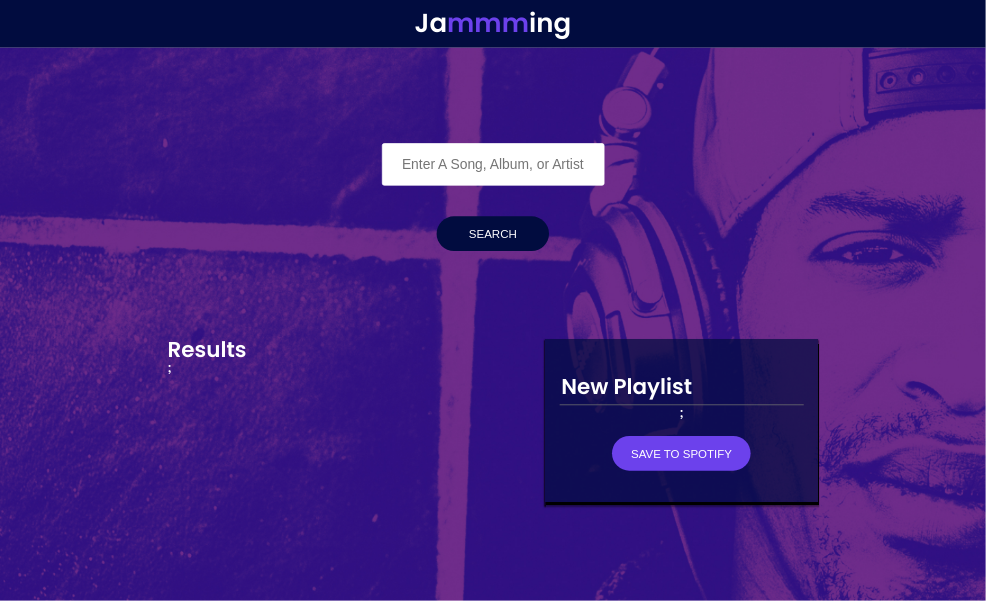
Repository: Haviles04/jammming
Page: /
The author's editor kept a copy of each file at every save. The page is drawn from the files as they stood at one save, then again after the next save.
The browser window is 1280 px wide. The pictures show the whole page, at 77% of full size.
The project was rebuilt for these pictures with package versions that can differ from the ones it lists, and the page was loaded fresh each time. Also part of the build but not shown: src/components/Track/Track.jsx.

Above is the page before, as saved 2022-10-26 10:10:23.

### public/index.html
<!DOCTYPE html>
<html lang="en">
  <head>
    <meta charset="utf-8" />

    <meta name="viewport" content="width=device-width, initial-scale=1" />
    <meta name="theme-color" content="#000000" />
    <meta
      name="Jammming"
      content="A Codecademy Project built using the spotify APO"
    />
    <link rel="stylesheet" href="./reset.css" />
    <link rel="preconnect" href="https://fonts.googleapis.com" />
    <link rel="preconnect" href="https://fonts.gstatic.com" crossorigin />
    <link
      href="https://fonts.googleapis.com/css2?family=Poppins:wght@600&family=Work+Sans:wght@300;500&display=swap"
      rel="stylesheet"
    />
    <link rel="apple-touch-icon" href="%PUBLIC_URL%/logo192.png" />
    <!--
      manifest.json provides metadata used when your web app is installed on a
      user's mobile device or desktop. See https://developers.google.com/web/fundamentals/web-app-manifest/
    -->
    <link rel="manifest" href="%PUBLIC_URL%/manifest.json" />
    <!--
      Notice the use of %PUBLIC_URL% in the tags above.
      It will be replaced with the URL of the `public` folder during the build.
      Only files inside the `public` folder can be referenced from the HTML.

      Unlike "/favicon.ico" or "favicon.ico", "%PUBLIC_URL%/favicon.ico" will
      work correctly both with client-side routing and a non-root public URL.
      Learn how to configure a non-root public URL by running `npm run build`.
    -->
    <title>Jammming</title>
  </head>
  <body>
    <noscript>You need to enable JavaScript to run this app.</noscript>
    <div id="root"></div>
    <!--
      This HTML file is a template.
      If you open it directly in the browser, you will see an empty page.

      You can add webfonts, meta tags, or analytics to this file.
      The build step will place the bundled scripts into the <body> tag.

      To begin the development, run `npm start` or `yarn start`.
      To create a production bundle, use `npm run build` or `yarn build`.
    -->
  </body>
</html>

### src/components/App/App.jsx
import React, { useState } from "react";
import "./App.css";
import SearchBar from "../SearchBar/SearchBar";
import SearchResult from "../SearchResults/SearchResults";
import Playlist from "../Playlist/Playlist";

function App() {
  const [searchResults, setSearchResults] = useState([
    { name: "name1", artist: "artist1", album: "album1", id: 1 },
    { name: "name2", artist: "artist2", album: "album2", id: 2 },
    { name: "name3", artist: "artist3", album: "album3", id: 3 },]);


  return (
    <div>
      <h1>
        Ja<span className="highlight">mmm</span>ing
      </h1>
      <div className="App">
        <SearchBar setSearchResults={setSearchResults} />
        <div className="App-playlist">
          <SearchResult searchResults={searchResults} />
          <Playlist />
        </div>
      </div>
    </div>
  );
}

export default App;

### src/components/App/App.css
body,
html,
#root {
  height: 100%;
}

html {
  font-size: 18px;
}

h1 {
  padding: .77rem 0;
  background-color: #010c3f;
  text-align: center;
  font-family: 'Poppins', sans-serif;
  font-size: 1.88rem;
  color: #fff;
}

h1 .highlight {
  color: #6c41ec;
}

h2 {
  font-family: 'Poppins', sans-serif;
  font-size: 1.55rem;
}

.App {
  height: 100%;
  padding: 0 17% 10% 17%;
  background-image: url('./background_photo_desktop.jpg');
  background-size: cover;
  background-position: center;
  background-repeat: no-repeat;
  font-family: 'Work Sans', sans-serif;
  font-weight: 500;
  color: #fff;
}

.App-playlist {
  display: flex;
  justify-content: space-between;
  width: 100%;
}

@media only screen and (max-width: 1020px) {
  .App-playlist {
    align-items: center;
    flex-direction: column;
  }
}

### src/components/SearchBar/SearchBar.jsx
import React from "react";
import './SearchBar.css'
function SearchBar() {
  return (
    <div className="SearchBar">
      <input placeholder="Enter A Song, Album, or Artist" />
      <button className="SearchButton">SEARCH</button>
    </div>
  );
}

export default SearchBar;

### src/components/SearchResults/SearchResults.jsx
import React from "react";
import TrackList from "../TrackList/TrackList";

function SearchResults({searchResults}) {
  return (
    <div className="SearchResults">
      <h2>Results</h2>
      <TrackList searchResults={searchResults}/>
    </div>
  );
}

export default SearchResults;

### src/components/Playlist/Playlist.jsx
import React from "react";
import './Playlist.css'
import TrackList from "../TrackList/TrackList";
function Playlist() {
  return (
    <div className="Playlist">
      <input value="New Playlist" />
      <TrackList />
      <button className="Playlist-save">SAVE TO SPOTIFY</button>
    </div>
  );
}

export default Playlist;

### src/components/SearchBar/SearchBar.css
.SearchBar {
    display: flex;
    flex-direction: column;
    align-items: center;
    padding-top: 6.94rem;
    margin-bottom: 6.33rem;
  }

  .SearchBar input {
    width: 287px;
    padding: .88rem 0;
    border: 1px solid #fff;
    border-radius: 3px;
    margin-bottom: 2.22rem;
    color: #010c3f;
    text-align: center;
    font-size: 1rem;
  }

  .SearchBar input:focus {
    outline: none;
  }

  .SearchButton {
    cursor: pointer;
    width: 8.11rem;
    padding: .77rem 0;
    border-radius: 54px;
    background-color: #010c3f;
    text-align: center;
    font-size: .833rem;
    transition: background-color .25s;
    border: 0px;
    color: #fff;
    font-weight: 500;
  }

  .SearchButton:hover {
    background-color: rgba(108, 65, 233, .7);
  }

### src/components/TrackList/TrackList.jsx
import React from "react";
import Track from "../Track/Track";
function TrackList({ searchResults }) {
  return (
    <div className="TrackList">
      {() => { if(searchResults){

      searchResults.map((track) => {
        return <Track track={track} key={track.id} />
      }
      )

      }}};


    </div>
  );
}

export default TrackList;

### src/components/Playlist/Playlist.css
.Playlist {
    display: flex;
    flex-direction: column;
    align-items: center;
    overflow-y: scroll;
    width: 37%;
    max-height: 950px;
    padding: 2.27rem 1.16rem;
    background-color: rgba(1, 12, 63, 0.7);
    box-shadow: 0 4px 2px 2px #000000;
  }

  .Playlist input {
    width: 100%;
    border: 0;
    outline: 0;
    background: transparent;
    border-bottom: 1px solid #6f6f6f;
    font-family: 'Poppins', sans-serif;
    font-size: 1.55rem;
    color: #fff;
  }

  .Playlist-save {
    cursor: pointer;
    width: 10rem;
    padding: .77rem 0;
    border-radius: 54px;
    border-width: 0px;
    margin-top: 1.27rem;
    background-color: #6c41ec;
    text-align: center;
    font-size: .83rem;
    transition: background-color .25s;
    color: #fff;
    font-weight: 500;
  }

  .Playlist-save:hover {
    background-color: rgba(108, 65, 233, .7);
  }

  ::-webkit-scrollbar {
      width: 0px;
      background: transparent;
  }

  @media only screen and (max-width: 1020px) {
    .Playlist {
      width: 90%;
    }
  }

Loaded but not shown: src/index.js (common file); src/index.css (common file); src/reportWebVitals.js (common file); public/reset.css (common file); src/components/SearchResults/SearchResults.css (common file)

After the next save:
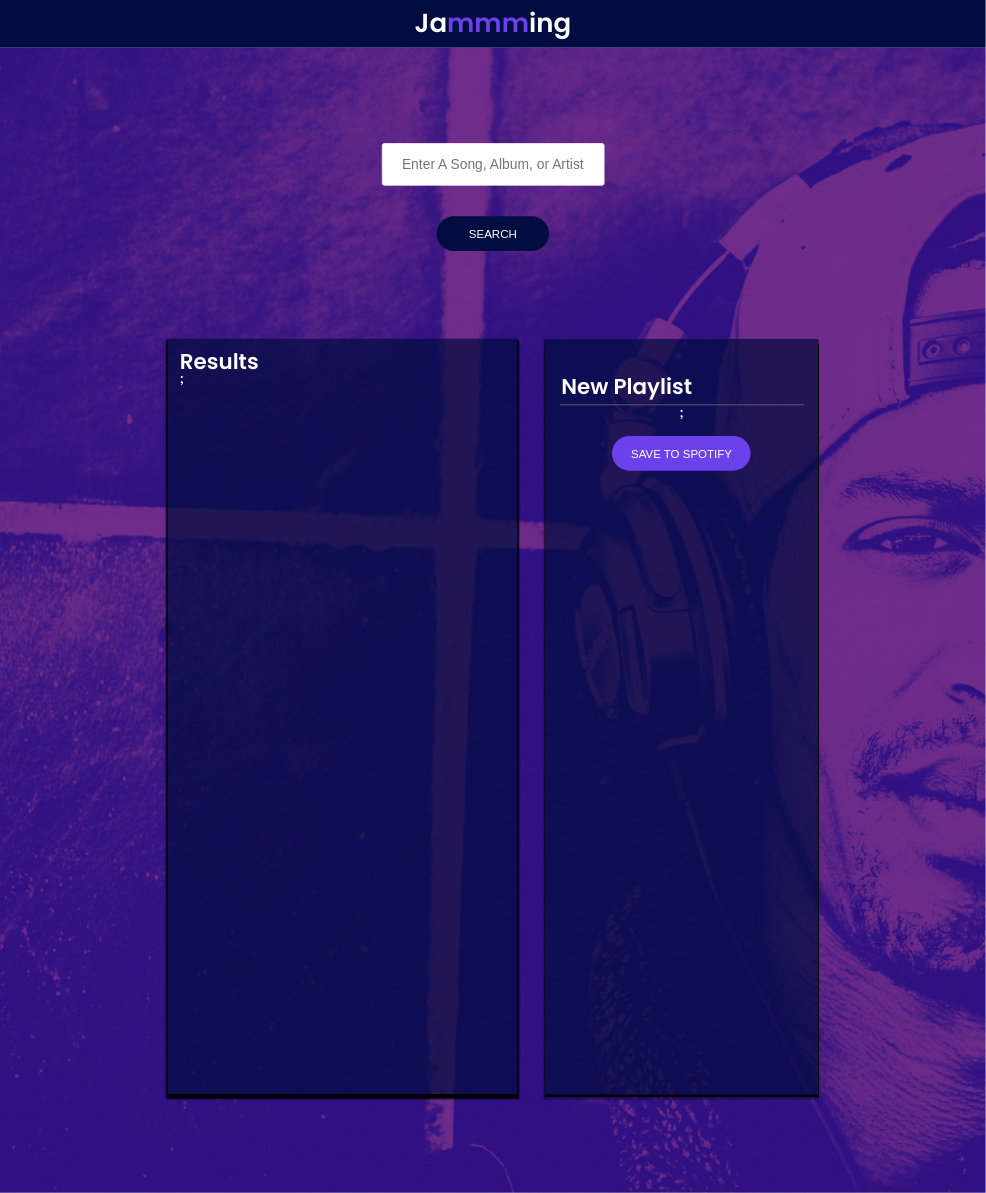
Saved 11 s later.
--- a/src/components/SearchResults/SearchResults.jsx
+++ b/src/components/SearchResults/SearchResults.jsx
@@ -1,5 +1,6 @@
 import React from "react";
 import TrackList from "../TrackList/TrackList";
+import './SearchResults.css'
 
 function SearchResults({searchResults}) {
   return (
